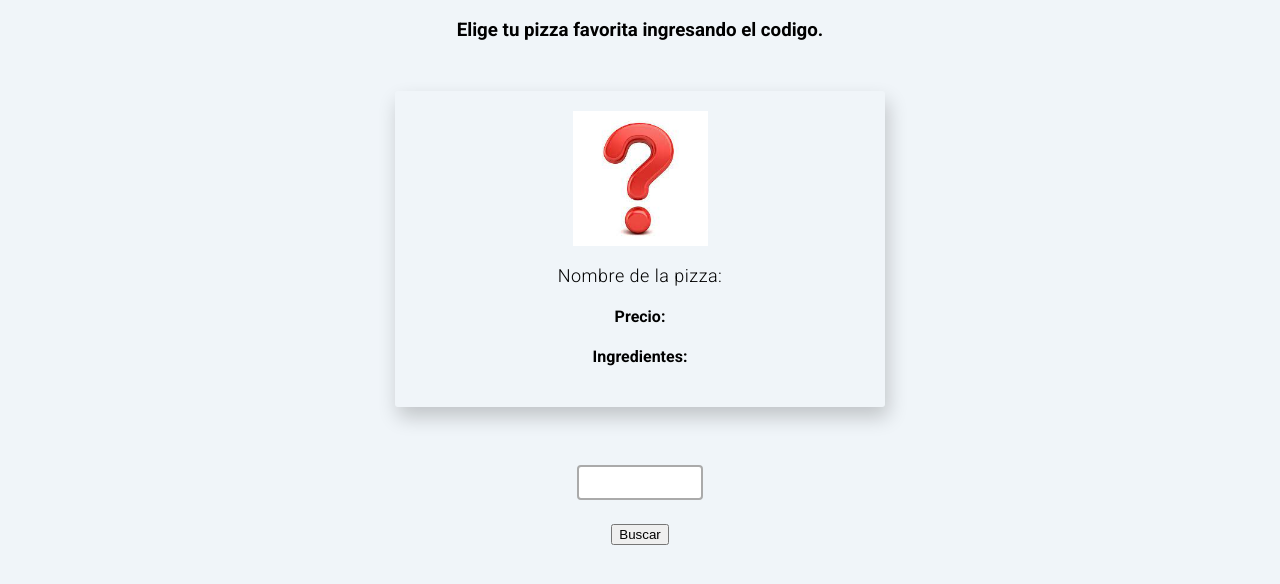
Repository: lucas-itup/E1-JAVASCRIPT
Page: index.html
The author's editor kept a copy of each file at every save. The page is drawn from the files as they stood at one save, then again after the next save.
The browser window is 1280 px wide. The pictures show the whole page.
Some web libraries are served in a nearby version.

Above is the page before, as saved 2022-09-27 23:03:58.

### index.html
<!DOCTYPE html>
<html lang="en">

<head>
    <meta charset="UTF-8">
    <meta http-equiv="X-UA-Compatible" content="IE=edge">
    <meta name="viewport" content="width=device-width, initial-scale=1.0">
    <link rel="stylesheet" href="/stylesheet/styles.css">
    <title>E1-JAVASCRIPT</title>
    <link href="https://fonts.googleapis.com/css?family=Roboto:300,400,700&display=swap" rel="stylesheet">
    <script src="https://kit.fontawesome.com/c8ee3dd930.js"></script>
</head>

<body>
    <div id="listado-pizzas" style="text-align: center;">
        <div>
            <h3>Elige tu pizza favorita ingresando el codigo.</h3>
            <div class="card">
                <img id="img-pizza" src="" alt="Avatar" style="width:30%">
                <div class="container">
                    <h2>Nombre de la pizza: <span id="nombre-pizza"> </span></h2>
                    <h4>Precio: <span id="precio-pizza"></span></h4>
                    <h4>Ingredientes: <span id="ingredientes-pizza"></span></h4>
                </div>
            </div>
        </div>
        <div>
            <input type="number" value="" id="value-id">
            <p id="input-vacio"> </p>
            <button onclick="buscarPizza()" type="button">Buscar</button>
        </div>
    </div>

    <script src="/assets/index.js"></script>
</body>

</html>

### stylesheet/styles.css
body {
    font-family: 'Roboto', sans-serif;
    background: #f0f5f9;
}

input[type=number] {
    width: 10%;
    border: 2px solid #aaa;
    border-radius: 4px;
    margin: 8px 0;
    outline: none;
    padding: 8px;
    box-sizing: border-box;
    transition: .3s;
}

input[type=number]:focus {
    border-color: dodgerBlue;
    box-shadow: 0 0 8px 0 dodgerBlue;
}

.card {
    position: relative;
    margin: 50px auto;
    width: 450px;
    padding: 20px;
    box-shadow: 3px 10px 20px rgba(0, 0, 0, 0.2);
    border-radius: 3px;
    border: 0;
    .circle {
        border-radius: 3px;
        width: 150px;
        height: 150px;
        background: black;
        position: absolute;
        right: 0px;
        top: 0;
        background-image: linear-gradient(to top, #fbc2eb 0%, #a6c1ee 100%);
        border-bottom-left-radius: 170px;
    }
    .content {
        margin-top: 25px;
        display: flex;
        flex-direction: column;
    }
    h1 {
        font-size: 34px;
        font-weight: bold;
        margin-bottom: 0;
    }
    h2 {
        font-size: 18px;
        letter-spacing: 0.5px;
        font-weight: 300;
    }
    .social {
        margin-bottom: 5px;
        a {
            text-decoration: none !important;
            color: black;
            margin-left: 8px;
            font-weight: 300;
            i {
                font-weight: 400;
            }
        }
    }
    .location {
        display: flex;
        align-items: center;
        justify-content: center;
        flex-direction: column;
        i {
            color: red;
        }
        p {
            font-weight: 300;
        }
    }
}

### assets/index.js
window.onload = (event) => {
    var precioPizza = document.getElementById('precio-pizza');
    var nombrePizza = document.getElementById('nombre-pizza');
    var ingredientesPizza = document.getElementById('ingredientes-pizza');
    var imgPizza = document.getElementById("img-pizza");
    console.log(localStorage.getItem);

    if (localStorage.length > 0) {
        precioPizza.textContent = localStorage.getItem("precioPizza");

        nombrePizza.textContent = localStorage.getItem("nombrePizza");

        ingredientesPizza.textContent = localStorage.getItem("ingredientesPizza");

        imgPizza.setAttribute('src', localStorage.getItem("imagenPizza"));
    } else {
        imgPizza.setAttribute('src', '/img/descarga (4).jpg');
    }
};
let pizza1 = {
    id: '1',
    nombre: 'Muzarella',
    ingredientes: [
        'tomate', 'muzarella', 'oregano'
    ],
    precio: '600',
    imagen: '/img/descarga (1).jpg',
}
let pizza2 = {
    id: '2',
    nombre: 'Napolitana',
    ingredientes: [
        'jamon', 'huevo', 'queso'
    ],
    precio: '300',
    imagen: '/img/descarga (2).jpg',
}
let pizza3 = {
    id: '3',
    nombre: 'Americana',
    ingredientes: [
        'huevoFrito', 'peperoni', 'roquefort'
    ],
    precio: '200',
    imagen: '/img/descarga (3).jpg',
}
let pizza4 = {
    id: '4',
    nombre: 'Rucula',
    ingredientes: [
        'verduras', 'palmito', 'especias'
    ],
    precio: '500',
    imagen: '/img/descarga.jpg',
}
let pizza5 = {
    id: '5',
    nombre: 'Especial',
    ingredientes: [
        'salsa', 'harina', 'crema'
    ],
    precio: '800',
    imagen: '/img/images (1).jpg',
}
let pizza6 = {
    id: '6',
    nombre: 'DE_LA_CASA',
    ingredientes: [
        'anchoas', 'pimientos', 'hongos'
    ],
    precio: '900',
    imagen: '/img/images.jpg',
}

let pizzas = [pizza1, pizza2, pizza3, pizza4, pizza5, pizza6]
let listado = document.getElementById('listado-pizzas');

const buscarPizza = () => {
    let valueid = document.getElementById('value-id').value;
    var precioPizza = document.getElementById('precio-pizza');
    var nombrePizza = document.getElementById('nombre-pizza');
    var ingredientesPizza = document.getElementById('ingredientes-pizza');
    var inputVacio = document.getElementById('input-vacio');
    var imgPizza = document.getElementById("img-pizza");
    inputVacio.textContent = "";
    precioPizza.textContent = "";
    nombrePizza.textContent = "";
    imgPizza.setAttribute('src', '/img/descarga (4).jpg');

    if (valueid == "") return inputVacio.textContent = "Debes ingresar un valor numerico."

    var found = pizzas.find(function(post, index) {
        inputVacio.textContent = ""
        if (post.id == valueid) {
            precioPizza.textContent = post.precio;
            localStorage.setItem("precioPizza", post.precio);
            nombrePizza.textContent = post.nombre;
            localStorage.setItem("nombrePizza", post.nombre);
            ingredientesPizza.textContent = post.ingredientes.join(", ");
            localStorage.setItem("ingredientesPizza", post.ingredientes.join(", "));
            imgPizza.setAttribute('src', post.imagen);
            localStorage.setItem("imagenPizza", post.imagen);
            return true;
        }
    });

    if (found == undefined) return inputVacio.textContent = "El codigo ingresado es incorrecto."


}

After the next save:
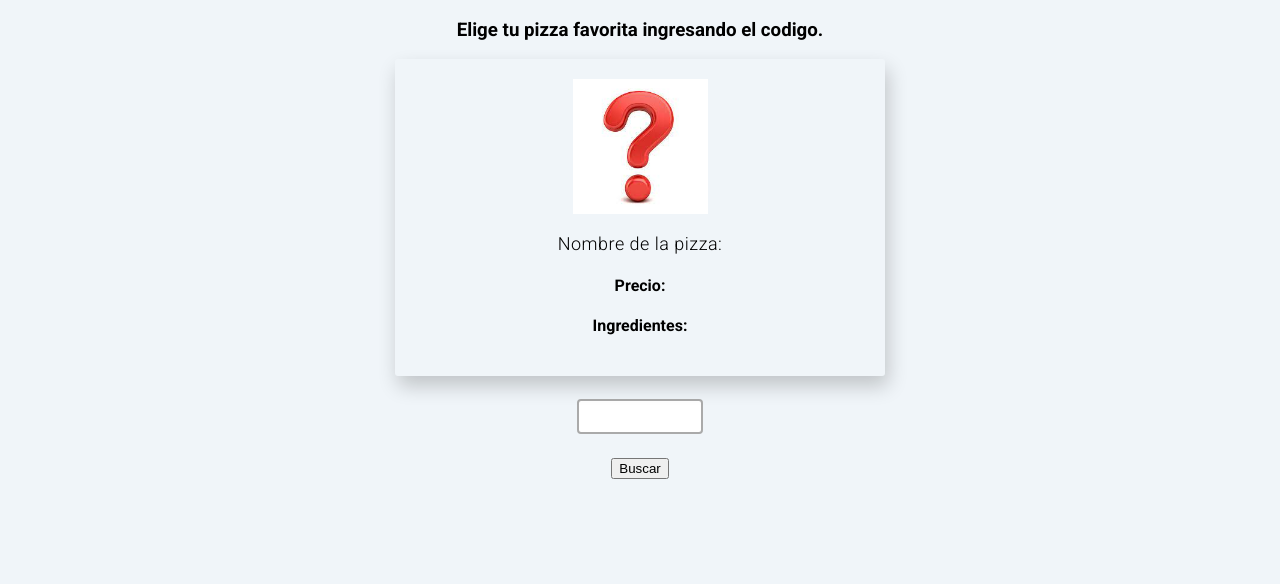
Saved 32 s later.
--- a/stylesheet/styles.css
+++ b/stylesheet/styles.css
@@ -21,7 +21,7 @@ input[type=number]:focus {
 
 .card {
     position: relative;
-    margin: 50px auto;
+    margin: 15px auto;
     width: 450px;
     padding: 20px;
     box-shadow: 3px 10px 20px rgba(0, 0, 0, 0.2);
